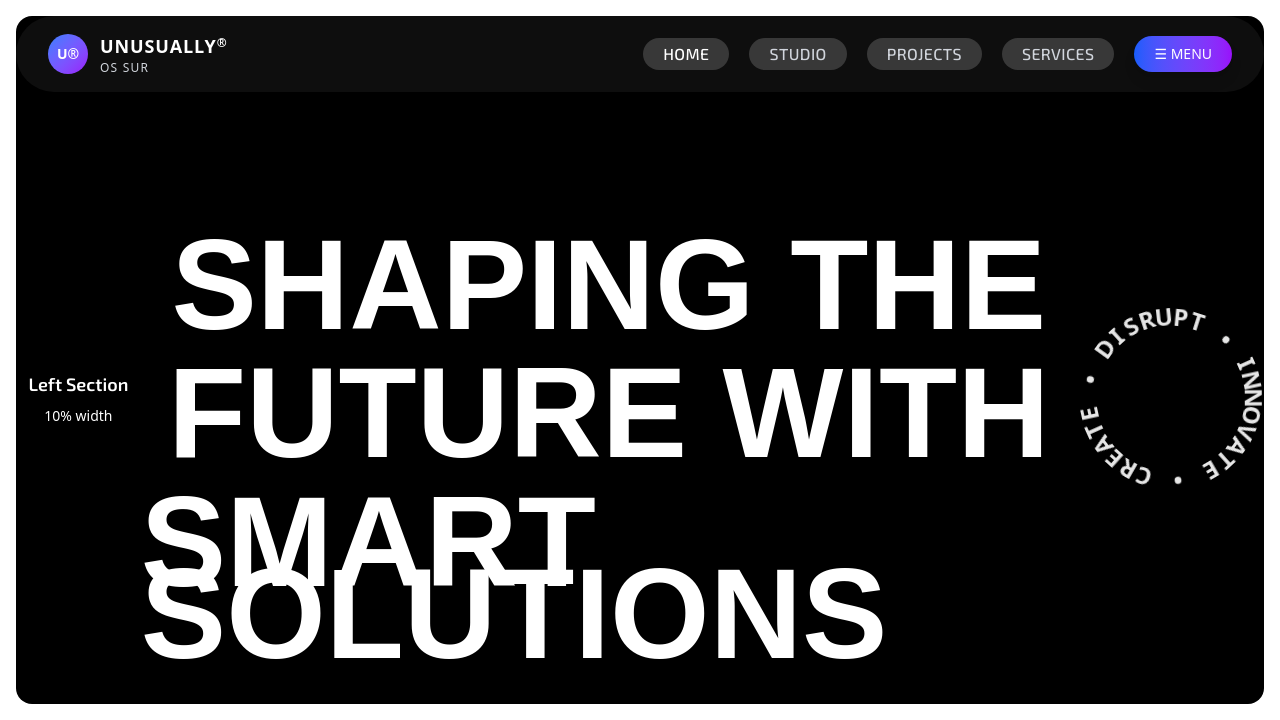
Repository: A-y-u-s-h-29/Digital-Express-India-With-Carrer-Page-And-RazorPay
Page: / (app in op/)
The author's editor kept a copy of each file at every save. The page is drawn from the files as they stood at one save, then again after the next save.
The browser window is 1280 px wide. The pictures show the whole page.
Some web fonts or font styles are not loaded; a fallback is used. The project was rebuilt for these pictures with package versions that can differ from the ones it lists, and the page was loaded fresh each time. Also part of the build but not shown: op/vite.config.js.

Above is the page before, as saved 2025-12-04 15:17:31.

After the next save:
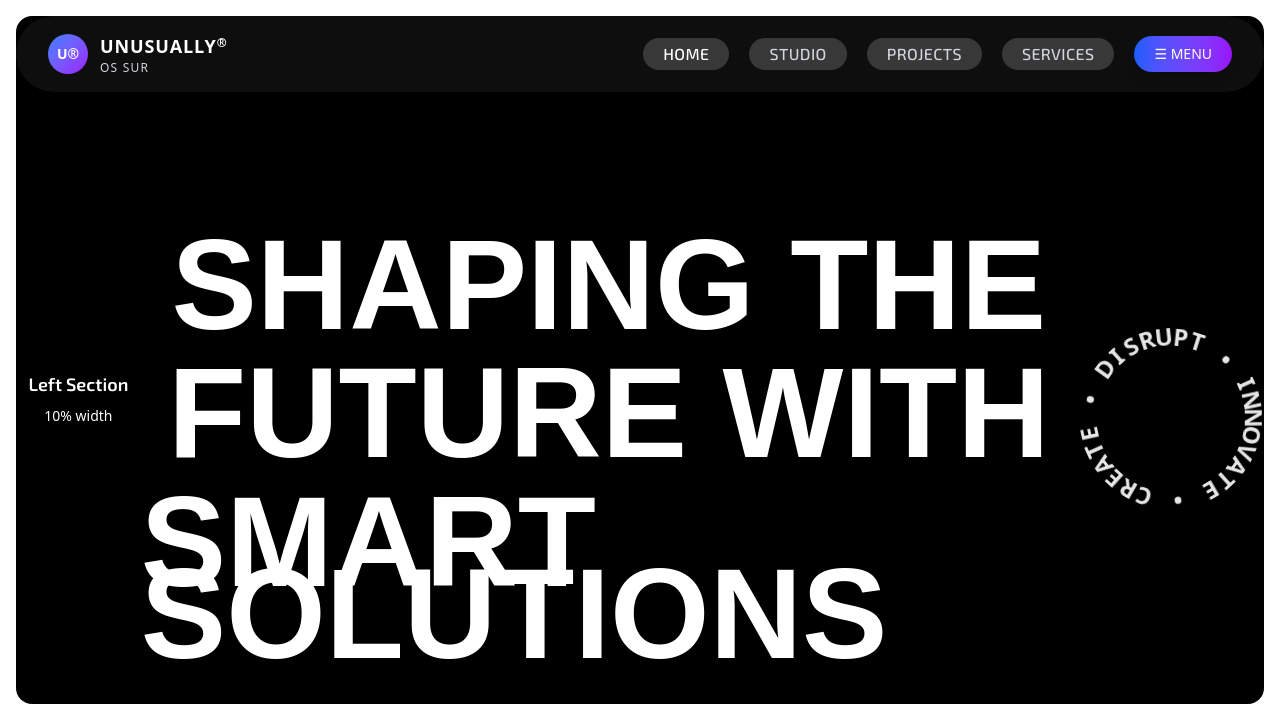
Saved 13 s later.
--- a/op/src/components/Home.jsx
+++ b/op/src/components/Home.jsx
@@ -56,7 +56,7 @@
                 text="INNOVATE • CREATE • DISRUPT • "
                 spinDuration={30}
                 onHover="speedUp"
-                className="text-white/90 text-sm"
+                className="text-white/90 text-sm mt-10"
               />
 
 

After the 2 saves that followed:
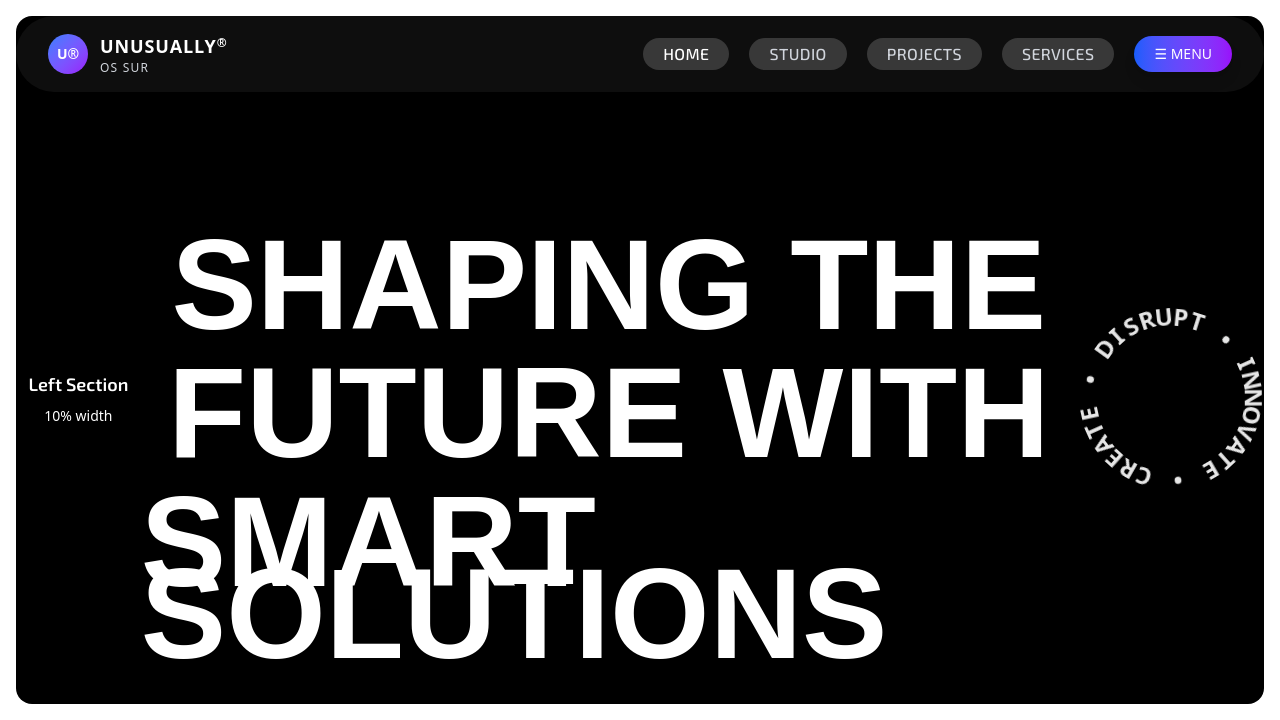
The 2 saves are shown as one change because they came seconds apart.
The last was saved 6 s later.
--- a/op/src/components/Home.jsx
+++ b/op/src/components/Home.jsx
@@ -56,7 +56,7 @@
                 text="INNOVATE • CREATE • DISRUPT • "
                 spinDuration={30}
                 onHover="speedUp"
-                className="text-white/90 text-sm mt-10"
+                className="text-white/90 text-sm flex"
               />
 
 
